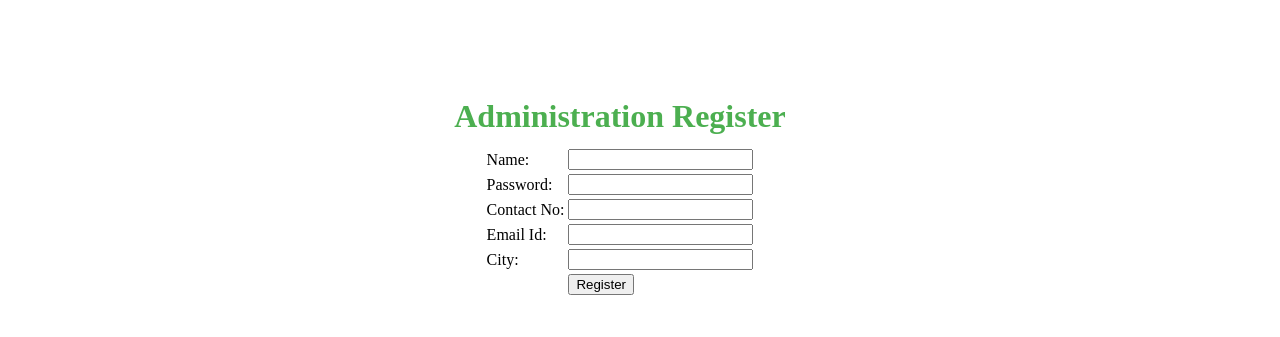
Repository: priyankagit8692/Phase_2_SimpliLearn-
Page: http://localhost/LearnerAcademyProject/AdminRegistration.jsp
These files come from the project's save history. The page is drawn as it stood at one moment and after the next save; the edit follows.
The browser window is 1280 px wide. The pictures show the whole page.
The page is served by Tomcat 9.

Above is the page before, as saved 2021-03-20 15:46:14.

After the next save:
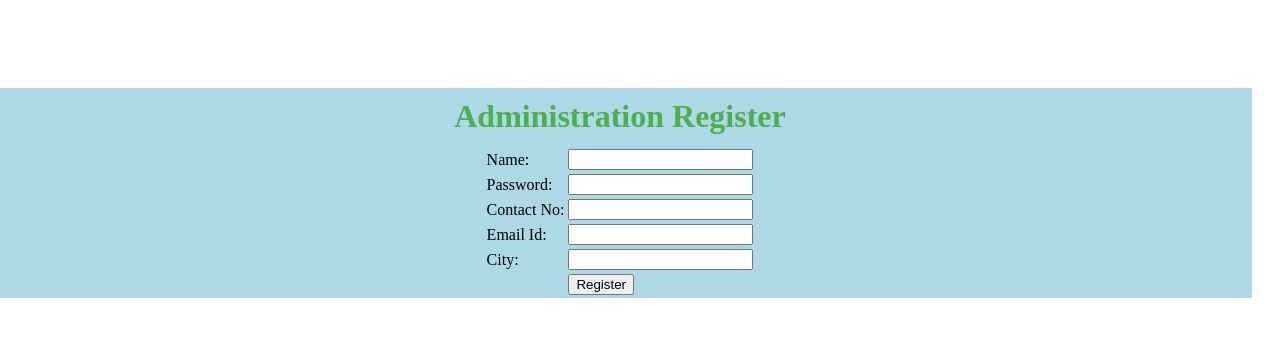
Saved 33 s later.
--- a/FinalProjectPhase2/LearnerAcademyProject/WebContent/AdminRegistration.jsp
+++ b/FinalProjectPhase2/LearnerAcademyProject/WebContent/AdminRegistration.jsp
@@ -7,6 +7,7 @@
 <style type="text/css">
 div {
   transform: translate(-20px,80px);
+  background-color: lightblue;
 }
 h1{
   transform: translate(0px,10px);
